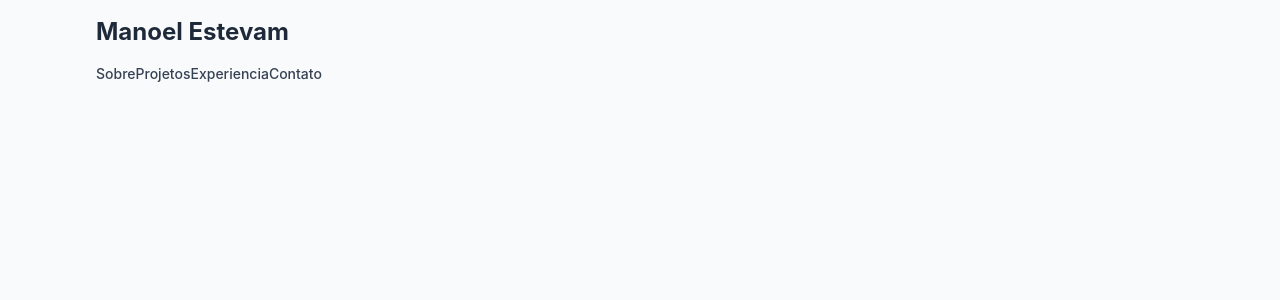
Repository: estevam02009/manoelestevam
Page: /
The author's editor kept a copy of each file at every save. The page is drawn from the files as they stood at one save, then again after the next save.
The browser window is 1280 px wide. The pictures show the whole page.
The project was rebuilt for these pictures with package versions that can differ from the ones it lists, and the page was loaded fresh each time. The framework's server and built-in components were replaced by stand-ins that run in the browser. Also part of the build but not shown: next.config.ts.

Above is the page before, as saved 2025-08-05 14:21:06.

After the next save:
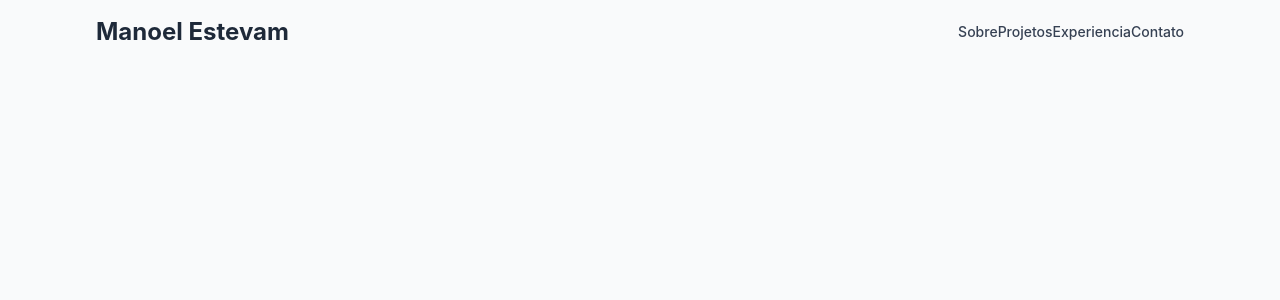
Saved 2 min 47 s later.
--- a/src/app/page.tsx
+++ b/src/app/page.tsx
@@ -41,20 +41,20 @@ export default function Home() {
         <div className="max-w-6xl mx-auto px-4 sm:px-6 lg:px-8">
           <div className="flex justify-between items-center py-4">
             <div className="text-2xl font-bold text-gray-800">Manoel Estevam</div>
+            {/* Desktop Navigation */}
+            <div className="hidden md:flex space-x-s">
+              {['Sobre', 'Projetos', 'Experiencia', 'Contato'].map((item) => (
+                <button
+                  key={item}
+                  onClick={() => scrollToSection(item.toLowerCase())}
+                  className={`text-sm font-medium transition-colors duration-200 hover:text-blue-600 ${activeSection === item.toLowerCase() ? 'text-blue-600' : 'text-gray-700'}`}
+                >
+                  {item}
+                </button>
+              ))}
+            </div>
           </div>
 
-          {/* Desktop Navigation */}
-          <div className="hidden md:flex space-x-s">
-            {['Sobre', 'Projetos', 'Experiencia', 'Contato'].map((item) => (
-              <button
-                key={item}
-                onClick={() => scrollToSection(item.toLowerCase())}
-                className={`text-sm font-medium transition-colors duration-200 hover:text-blue-600 ${activeSection === item.toLowerCase() ? 'text-blue-600' : 'text-gray-700'}`}
-              >
-                {item}
-              </button>
-            ))}
-          </div>
         </div>
       </nav>
     </div>
